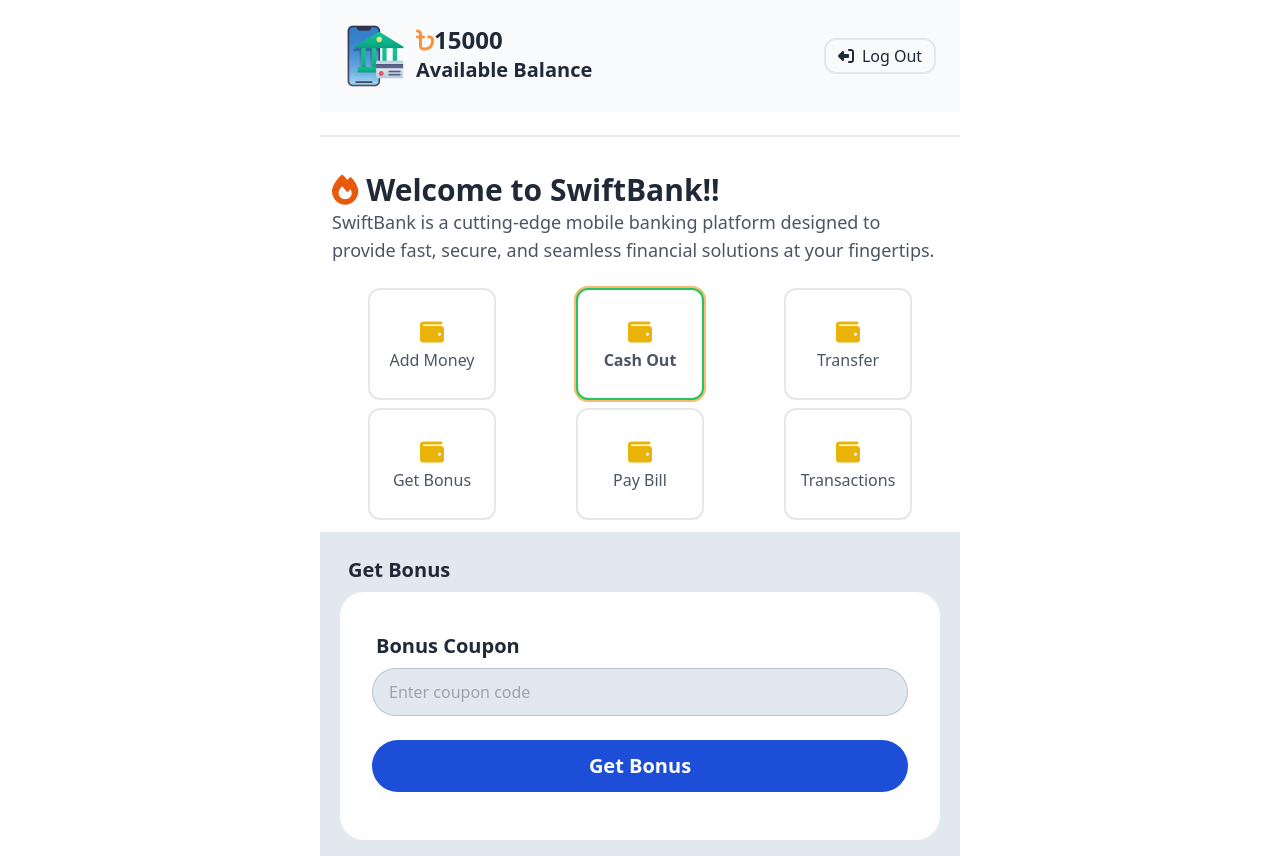
Repository: mukaddam-coder/swift-bank-mobile-banking
Page: home.html
These files come from the project's save history. The page is drawn as it stood at one moment and after the next save; the edit follows.
The browser window is 1280 px wide. The pictures show the whole page.
Empty fields were first filled with sample values (such as "Sample", 5 or name@example.com).
After loading, the first visible `#show-get-bonus-section` was clicked once.
Some web libraries are served in a nearby version.

Above is the page before, as saved 2024-12-17 00:09:11.

### home.html
<!DOCTYPE html>
<html lang="en">
<head>
    <meta charset="UTF-8">
    <meta name="viewport" content="width=device-width, initial-scale=1.0">
    <title>SwiftBank</title>
    <!-- Fontawesome CDN -->
    <script src="https://kit.fontawesome.com/c4e7b2ed2f.js" crossorigin="anonymous"></script>
    <!-- Google Fonts -->
    <link rel="preconnect" href="https://fonts.googleapis.com">
    <link rel="preconnect" href="https://fonts.gstatic.com" crossorigin>
    <link href="https://fonts.googleapis.com/css2?family=Montserrat:ital,wght@0,100..900;1,100..900&display=swap" rel="stylesheet">
    <!-- Tailwind + DaisyUi CDN -->
    <link href="https://cdn.jsdelivr.net/npm/daisyui@4.12.19/dist/full.min.css" rel="stylesheet" type="text/css" />
    <script src="https://cdn.tailwindcss.com"></script>

</head>
<body>

<main>
  <div class="w-1/2 mx-auto p-6 bg-slate-50 h-full flex justify-between items-center">
    <div class="flex gap-2">
        <!-- Logo -->
    <div>
    <img class="w-16 h-16" src="images/mobile-banking.png">
    </div>
    <div>
   <h2 class="text-2xl font-bold" id="main-balance">
   <i class="fa-solid fa-bangladeshi-taka-sign text-orange-400"></i>15000</h2>
   <p class="font-semibold text-xl">Available Balance</p>
</div>
</div>
<div>
<button class="border-2 w-28 px-1 py-1 rounded-xl"> <i class="fa-solid fa-right-from-bracket rotate-180 mr-2"></i>Log Out</button>
</div>
        </div>
    <div class="divider w-1/2 mx-auto"></div>
    <!-- Greetings Section -->
        <section class="w-1/2 mx-auto p-3">
            <h1 class="font-bold text-3xl"><i class="fa-solid fa-fire text-orange-600 text-3xl mr-2"></i>Welcome to SwiftBank!!</h1>
            <p class="text-gray-600 text-lg">
                SwiftBank is a cutting-edge mobile banking platform designed to provide fast, secure, and seamless financial solutions at your fingertips.
            </p>
        </section>
     <!-- User Actionable Dashboard -->

     <section class="w-1/2 mx-auto">
        <div class="grid grid-cols-3 p-3 text-center gap-2">
          <div class="button-container">
            <button id="show-add-money-section" class="border-2 w-32 h-28 rounded-xl bg-white text-gray-600">
            <p>
              <i class="fa-solid fa-wallet text-yellow-500 text-2xl"></i>
            </p>
            Add Money
           </button>
        </div>
          <div class>
             <button id="show-cash-out-section" class="border-2 w-32 h-28 rounded-xl bg-white text-gray-600">
              <p><i class="fa-solid fa-wallet text-yellow-500 text-2xl"></i></p>
                Cash Out
              </button>
            </div>
          <div>
          <button id="show-money-transfer-section" class="border-2 w-32 h-28 rounded-xl bg-white text-gray-600">
              <p><i class="fa-solid fa-wallet text-2xl text-yellow-500"></i></p>
                Transfer
              </button>
            </div>
          <div class="">
        <button id="show-get-bonus-section" class="border-2 w-32 h-28 rounded-xl bg-white text-gray-600">
            <p><i class="fa-solid fa-wallet text-2xl text-yellow-500"></i></p>
                Get Bonus
            </button>
          </div>
        <div class="">
          <button id="show-pay-bill-section" class="border-2 w-32 h-28 rounded-xl bg-white text-gray-600">
              <p><i class="fa-solid fa-wallet text-2xl text-yellow-500"></i></p>
                      Pay Bill
            </button>
          </div>
        <div class="">
          <button id="show-transaction-history" class="border-2 w-32 h-28 rounded-xl bg-white text-gray-600">
              <p><i class="fa-solid fa-wallet text-2xl text-yellow-500"></i></p>
                      Transactions
              </button>
            </div>

        </div>
      </section>
      <!-- Add Money Section Start -->
      <section id ="add-money-section" class="w-1/2 mx-auto px-5 py-4 bg-slate-200">
        <h2 class="p-2 font-bold text-xl">Add Money</h2>
        <form class="card-body bg-white rounded-3xl">
            <div class="form-control mb-4">
              <label class="label">
                <span class="label-text font-semibold text-xl">Select A Bank</span>
              </label>
              <select id="bank"  class="input-bordered rounded-full bg-slate-200 h-12 px-5 border-2">
                <option value="Select Bank">Select Bank</option>
                <option value="AB Bank PLC">AB Bank PLC</option>
                <option value="Bangladesh Commerce Bank Limited">Bangladesh Commerce Bank Limited</option>
                <option value="Islami Bank Bangladesh PLC">Islami Bank Bangladesh PLC</option>
                <option value="Dutch-Bangla Bank PLC">Dutch-Bangla Bank PLC</option>
                <option value="Jamuna Bank Limited">Jamuna Bank Limited</option>
                <option value="Trust Bank PLC">Trust Bank PLC</option>
              </select>
              </div>
            <div class="form-control mb-4">
              <label class="label">
                <span class="label-text font-semibold text-xl">Bank Account Number</span>
              </label>
              <input id="input-bank-account-field" type="text" placeholder="Enter 17 digit account number" class="input input-bordered rounded-full bg-slate-200" required />
            </div>
            <div class="form-control mb-4">
              <label class="label">
                <span class="label-text font-semibold text-xl">Amount to Add</span>
              </label>
              <input id="input-amount-field" type="text" placeholder="Write Amount" class="input input-bordered rounded-full bg-slate-200" required />
              </div>
            <div class="form-control mb-4">
              <label class="label">
                <span class="label-text font-semibold text-xl">5 Digit Pin</span>
              </label>
              <input id="input-add-money-pin-number" type="password" placeholder="Enter 5 Digit Pin" class="input input-bordered rounded-full bg-slate-200" required />
              </div>
            <div class="form-control mb-4">
              <button id="btn-add-money" class="bg-blue-700 font-bold text-xl text-white p-3 rounded-full">Add Money</button>
            </div>
          </form>
          <!-- Result Message -->
        <p id="result-message" class="text-center font-bold text-lg mt-4"></p>
      </section>
      <!-- Add Money Section End -->

      <!-- Cash Out Section Start -->
      <section id ="cash-out-section" class="hidden w-1/2 mx-auto px-5 py-4 bg-slate-200">
        <h2 class="p-2 font-bold text-xl">Cash Out</h2>
        <form class="card-body bg-white rounded-3xl">
            <div class="form-control mb-4">
              <label class="label">
                <span class="label-text font-semibold text-xl">Agent Number</span>
              </label>
              <input type="number" id="input-cash-out-phone" placeholder="Enter 11 digit number" class="input input-bordered rounded-full bg-slate-200" maxlength="11" required >
              </div>
             <div class="form-control mb-4">
              <label class="label">
                <span class="label-text font-semibold text-xl">Withdrawal Amount</span>
              </label>
              <input id="input-cash-out-field" type="text" placeholder="Write Amount" class="input input-bordered rounded-full bg-slate-200" required />
            </div>
            <div class="form-control mb-4">
              <label class="label">
                <span class="label-text font-semibold text-xl">5 Digit Pin</span>
              </label>
              <input id="input-cash-out-pin-number" type="password" placeholder="Enter 5 Digit Pin" class="input input-bordered rounded-full bg-slate-200" required />
              </div>
          <div class="form-control mb-4">
              <button id="btn-cash-out" class="bg-blue-700 font-bold text-xl text-white p-3 rounded-full">Cash Out</button>
            </div>
          </form>
      </section>
     <!-- Cash Out Section End -->

     <!-- Money Transfer Section Start -->
     <section id ="money-transfer-section" class="hidden w-1/2 mx-auto px-5 py-4 bg-slate-200">
      <h2 class="p-2 font-bold text-xl">Money Transfer</h2>
      <form class="card-body bg-white rounded-3xl">
          <div class="form-control mb-4">
            <label class="label">
              <span class="label-text font-semibold text-xl">User Account Number</span>
            </label>
            <input type="number" id="input-money-transfer-number" placeholder="Enter 11 digit number" class="input input-bordered rounded-full bg-slate-200" maxlength="11" required >
            </div>
           <div class="form-control mb-4">
            <label class="label">
              <span class="label-text font-semibold text-xl">Amount</span>
            </label>
            <input id="input-money-transfer-amount" type="text" placeholder="Enter Amount to transfer" class="input input-bordered rounded-full bg-slate-200" required />
          </div>
          <div class="form-control mb-4">
            <label class="label">
              <span class="label-text font-semibold text-xl">5 Digit Pin</span>
            </label>
            <input id="input-money-transfer-pin" type="password" placeholder="Enter 5 Digit Pin" class="input input-bordered rounded-full bg-slate-200" required />
            </div>
           <div class="form-control mb-4">
            <button id="btn-money-transfer" class="bg-blue-700 font-bold text-xl text-white p-3 rounded-full">Send Now</button>
          </div>
        </form>
    </section>
     <!-- Money Transfer Section End -->

     <!-- Get Bonus Section Start -->
     <section id ="get-bonus-section" class="hidden w-1/2 mx-auto px-5 py-4 bg-slate-200">
      <h2 class="p-2 font-bold text-xl">Get Bonus</h2>
      <form class="card-body bg-white rounded-3xl">
          <div class="form-control mb-4">
            <label class="label">
              <span class="label-text font-semibold text-xl">Bonus Coupon</span>
            </label>
            <input type="text" id="input-bonus-coupon" placeholder="Enter coupon code" class="input input-bordered rounded-full bg-slate-200" maxlength="11" required >
            </div>

           <div class="form-control mb-4">
            <button id="btn-get-bonus" class="bg-blue-700 font-bold text-xl text-white p-3 rounded-full">Get Bonus</button>
          </div>
        </form>
    </section>
     <!-- Get Bonus Section End -->

     <!-- Pay Bill Section Start -->
     <section id ="pay-bill-section" class="hidden w-1/2 mx-auto px-5 py-4 bg-slate-200">
      <h2 class="p-2 font-bold text-xl">Pay Bill</h2>
      <form class="card-body bg-white rounded-3xl">
          <div class="form-control mb-4">
            <label class="label">
              <span class="label-text font-semibold text-xl">Select to Pay</span>
            </label>
            <select id="payment-list"  class="input-bordered rounded-full bg-slate-200 h-12 px-5 border-2">
              <option value="Select option">Select Payment Option</option>
              <option value="Electricity Bill">Electricity Bill</option>
              <option value="Gas Bill">Gas Bill</option>
              <option value="Water Bill">Water Bill</option>
              <option value="Internet Bill">Internet Bill</option>
              <option value="Mobile Recharge">Mobile Recharge</option>
              <option value="Tax Payments">Tax Payments</option>
              <option value="College/University Tuition Fees">College/University Tuition Fees</option>
              <option value="Bus/Train Tickets">Bus/Train Tickets</option>
              <option value="Bus/Train Tickets">Passport or Visa Fees</option>
              <option value="Credit Card Bill Payments">Credit Card Bill Payments</option>
            </select>
            </div>
           <div class="form-control mb-4">
            <label class="label">
              <span class="label-text font-semibold text-xl">Billar Account Number</span>
            </label>
            <input id="input-billar-account-number-field" type="text" placeholder="Enter account number" class="input input-bordered rounded-full bg-slate-200" required />
            </div>
          <div class="form-control mb-4">
            <label class="label">
              <span class="label-text font-semibold text-xl">Amount to Pay</span>
            </label>
            <input id="input-pay-bill-amount-field" type="number" placeholder="Write Amount" class="input input-bordered rounded-full bg-slate-200" required />
            </div>
          <div class="form-control mb-4">
            <label class="label">
              <span class="label-text font-semibold text-xl">5 Digit Pin</span>
            </label>
            <input id="input-pay-bill-pin-number" type="password" placeholder="Enter 5 Digit Pin" class="input input-bordered rounded-full bg-slate-200" required />
            </div>
          <div class="form-control mb-4">
            <button id="btn-pay-bill" class="bg-blue-700 font-bold text-xl text-white p-3 rounded-full">Pay Now</button>
          </div>
        </form>
        <!-- Result Message -->
        <p id="result-message" class="text-center font-bold text-lg mt-4"></p>
    </section>
     <!-- Pay Bill Section End -->

     <!-- Transaction History Start -->
     <section id ="transaction-history-section" class="hidden w-1/2 mx-auto px-5 py-4 bg-slate-200">
      <div class="flex justify-between items-center">
        <h2 class="p-2 font-bold text-xl">Transaction History</h2>
        <p class="p-2">
          <a href="#">View All</a>
        </p>
      </div>

      <div id="transaction-container">

      </div>
    </section>
     <!-- Transaction History End -->
      <script src="Jscript/utilities.js"></script>
      <script src="Jscript/add-money.js"></script>
      <script src="Jscript/cash-out.js"></script>
      <script src="Jscript/features.js"></script>
      <script src="Jscript/money-transfer.js"></script>
      <script src="Jscript/bonus.js"></script>
      <script src="Jscript/pay-bill.js"></script>
      <script src="Jscript/handle-button.js"></script>
       </main>

</body>
</html>

### Jscript/utilities.js
function getInputFieldValueById(id){
    const inputValue = document.getElementById(id).value;
    const inputNumber = parseFloat(inputValue);
    return inputNumber;
}


function getTextFieldValueById(id){
    const textValue = document.getElementById(id).innerText;
    const textNumber = parseFloat(textValue);
    return textNumber;
}

function showSectionById(id){
    // Hide all the section
    document.getElementById('add-money-section').classList.add('hidden');
    document.getElementById('cash-out-section').classList.add('hidden');
    document.getElementById('money-transfer-section').classList.add('hidden');
    document.getElementById('get-bonus-section').classList.add('hidden');
    document.getElementById('pay-bill-section').classList.add('hidden');
//    Show the section with the provided id
    document.getElementById(id).classList.remove('hidden');
};

### Jscript/add-money.js
document.getElementById('btn-add-money').addEventListener('click', function(event){
    event.preventDefault();
   const bankList = document.getElementById('bank').value;
   const addMoney = getInputFieldValueById('input-amount-field');
   const pinNumber = getInputFieldValueById('input-add-money-pin-number');
   const bankAccNumber = getInputFieldValueById('input-bank-account-field');
   const mainBalance = getTextFieldValueById('main-balance');




    if(isNaN(addMoney)){
        alert('Please enter a positive number to add money.');
        return;
    }

    if(addMoney <= 0 ){
        alert('Please enter a positive number to add money.')
    }

   if(pinNumber === 19945 && bankAccNumber >= 6){
        const newBalance = mainBalance + addMoney;
        document.getElementById('main-balance').innerText = newBalance;
        // Get Transaction time
        const transactionTime = new Date();
        const formattedTime = transactionTime.toLocaleString();

        // Add to transaction histoy
       const transactionDiv = document.createElement('div');
               transactionDiv.classList.add('bg-white', 'rounded-xl', 'p-4', 'mb-4');
               transactionDiv.innerHTML = `
                   <div class = "flex justify-between items-center gap-1">
                       <div class="flex w-1/3">
                       <p><i class="fa-solid fa-wallet text-2xl text-yellow-500 rounded-full bg-slate-200 px-3 py-2"></i></p>
                       <h2 class="p-1 font-bold text-xl text-center">Add Money</h2>
                       </div>
                       <div class="flex-1">
                       <p class="text-md"><span class ="font-bold text-green-600">From ${bankList}</span> BDT: ${addMoney} was added to your account, and your new balance is BDT: ${newBalance}</p>
                       <p class="text-sm text-gray-500 font-bold">Transaction Time: ${formattedTime}</p>
                       </div>
                    </div>`;

               // Append transaction to the transaction history container
               document.getElementById('transaction-container').appendChild(transactionDiv);
         }

   else{
    alert('Failed to add money!Please try again.')
   }
})

### Jscript/features.js

// The add money section will show when the add money button is clicked.
document.getElementById('show-add-money-section').addEventListener('click', function(){
    showSectionById('add-money-section');
    handleButtonClicked('show-add-money-section');


});

// The cash-out section will show when the cash-out button is clicked.
document.getElementById('show-cash-out-section').addEventListener('click', function(){
    showSectionById('cash-out-section');
    handleButtonClicked('show-cash-out-section');


});

// The money transfer section will show when the money transfer button is clicked.

document.getElementById('show-money-transfer-section').addEventListener('click', function(){
    showSectionById('money-transfer-section');
    handleButtonClicked('show-money-transfer-section');



});


document.getElementById('show-get-bonus-section').addEventListener('click', function(){
    showSectionById('get-bonus-section');


});

document.getElementById('show-pay-bill-section').addEventListener('click', function(){
    showSectionById('pay-bill-section');



});


document.getElementById('show-transaction-history').addEventListener('click', function(){
    showSectionById('transaction-history-section');



})

### Jscript/bonus.js
document.getElementById('btn-get-bonus').addEventListener('click', function(event){
    event.preventDefault();
    const getBonusInput = document.getElementById('input-bonus-coupon').value.trim();
    const mainBalanceText = document.getElementById('main-balance').innerText;
    const mainBalance = parseFloat(mainBalanceText);
    const couponCode = 'BONUS10';

    if(getBonusInput === couponCode){
        const bonusAmount = 100;
        const newBalance = mainBalance + bonusAmount;
        document.getElementById('main-balance').innerText = newBalance;
    }
    else{
        alert('Invalid Coupon Code! Please try again.')
    }
})

### Jscript/pay-bill.js
document.getElementById('btn-pay-bill').addEventListener('click', function(event){
         event.preventDefault();

         const paymentList = document.getElementById('payment-list').value;
         const accountNumber = getInputFieldValueById('input-billar-account-number-field');
         const payBillAmount = getInputFieldValueById('input-pay-bill-amount-field');
         const payBillPin = getInputFieldValueById('input-pay-bill-pin-number');

         const mainBalance = getTextFieldValueById('main-balance');

         if(isNaN(payBillAmount)){
            alert('Please enter a positive number.');
            return;
         }

         if(payBillAmount <= 0){
            alert('Please enter a valid amount greater than 0.');
            return;
         }

         if(payBillAmount > mainBalance){
            alert('You do not have sufficient balance to complete the payment.')
            return;
         }

         if(payBillPin === 19945 && accountNumber === 1629501006323){
            const newBalance = mainBalance - payBillAmount;
            document.getElementById('main-balance').innerText = newBalance;
               // add to transaction history
               const transactionDiv = document.createElement('div');
               transactionDiv.classList.add('bg-white', 'rounded-xl', 'p-4', 'mb-4');
               transactionDiv.innerHTML = `
                   <div class = "flex items-center gap-2">
                       <p><i class="fa-solid fa-wallet text-2xl text-yellow-500 rounded-full bg-slate-200 px-3 py-2"></i></p>
                       <h2 class="p-2 font-bold text-lg">${paymentList}</h2>
                       <p class="text-md">BDT ${payBillAmount} paid for ${paymentList}</p>
                       <p class="text-sm text-gray-600">Payment successful! Remaining Balance: BDT ${newBalance}</p>
                   </div>`;

               // Append transaction to the transaction history container
               document.getElementById('transaction-container').appendChild(transactionDiv);
         }

         else{
            alert('Invalid PIN or Account Number! Please try again.')
         }
})

### Jscript/handle-button.js
function handleButtonClicked(activeButtonId){
    const buttonIds = ['show-add-money-section', 'show-cash-out-section', 'show-money-transfer-section',
        'show-get-bonus-section', 'show-pay-bill-section', 'show-transaction-history'
    ];
    for(const id of buttonIds){
         const button = document.getElementById(id);
         button.classList.remove( 'border-1', 'border-green-500',
            'ring-2', 'ring-orange-300',
            'text-black', 'font-semibold', 'bg-white');
    }
    const activeButton = document.getElementById(activeButtonId);
    activeButton.classList.add( 'border-1', 'border-green-500',
        'ring-2', 'ring-orange-300',
        'text-black', 'font-semibold', 'bg-white');
};


handleButtonClicked('show-add-money-section');
handleButtonClicked('show-cash-out-section');

Loaded but not shown: Jscript/money-transfer.js (54 lines, source omitted); Jscript/cash-out.js (53 lines, source omitted)

After the next save:
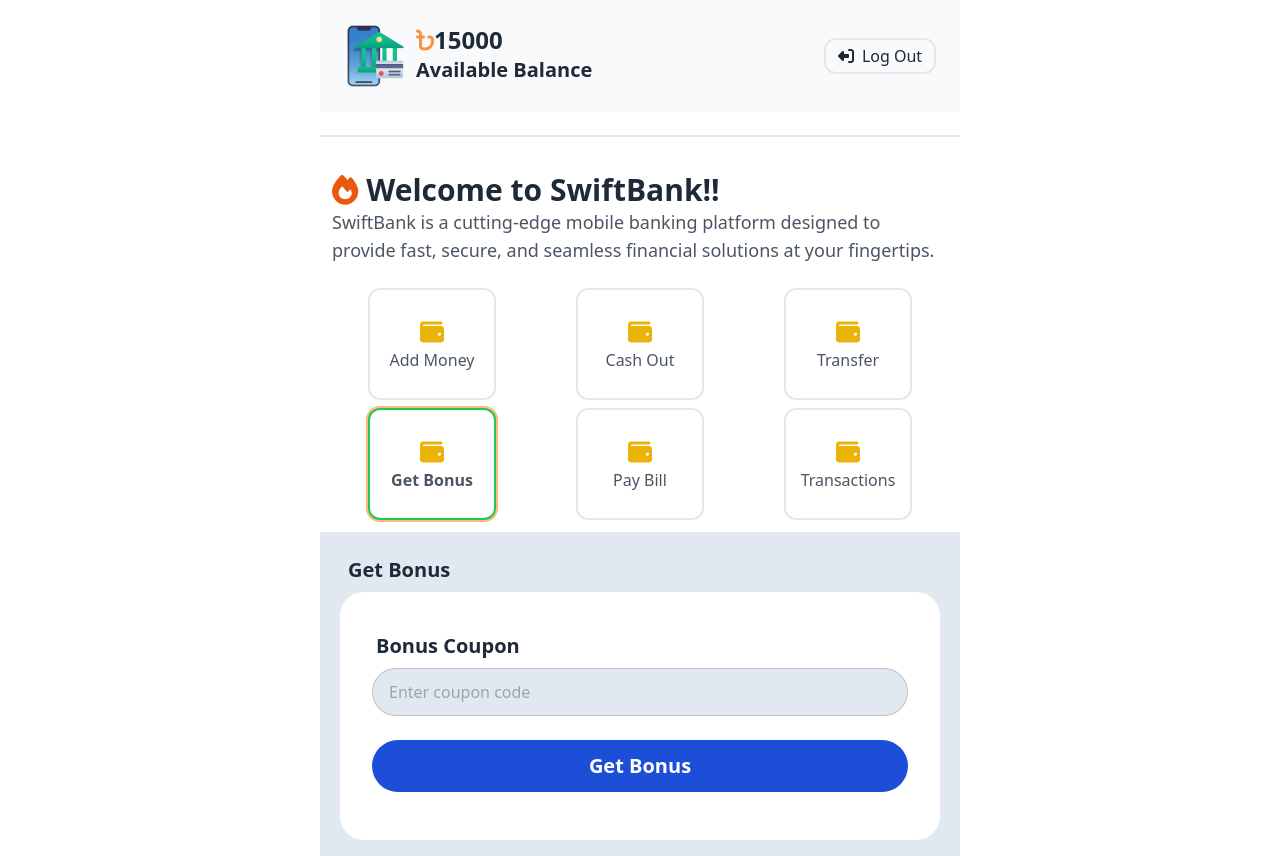
Saved 67 s later.
--- a/Jscript/features.js
+++ b/Jscript/features.js
@@ -28,12 +28,14 @@
 
 document.getElementById('show-get-bonus-section').addEventListener('click', function(){
     showSectionById('get-bonus-section');
+    handleButtonClicked('show-get-bonus-section');
 
 
 });
 
 document.getElementById('show-pay-bill-section').addEventListener('click', function(){
     showSectionById('pay-bill-section');
+    handleButtonClicked('show-pay-bill-section');
 
 
 
@@ -42,6 +44,7 @@
 
 document.getElementById('show-transaction-history').addEventListener('click', function(){
     showSectionById('transaction-history-section');
+    handleButtonClicked('show-transaction-history');
 
 
 
